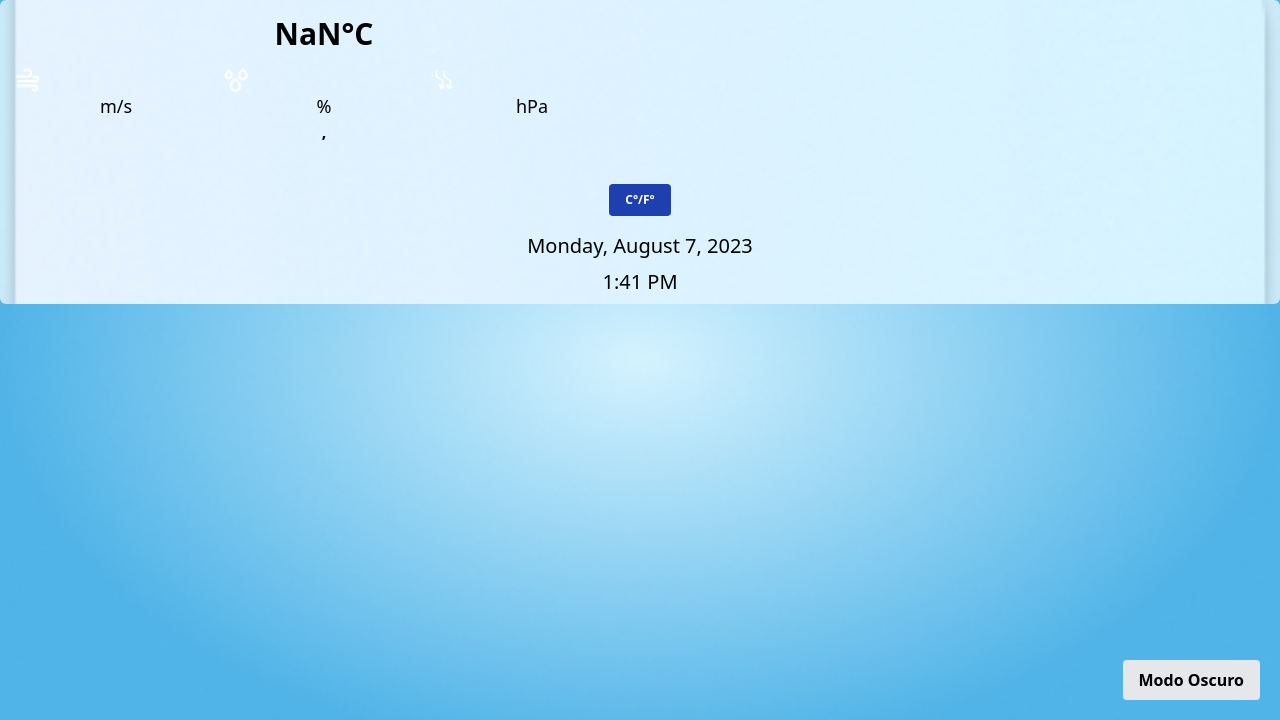
Repository: LukasMoyano/WeatherApp-_-LukasMoyano-_-V-_4.0_6.6.6
Page: /
The author's editor kept a copy of each file at every save. The page is drawn from the files as they stood at one save, then again after the next save.
The browser window is 1280 px wide. The pictures show the whole page.
The page's requests for data from a server got no answer. The project was rebuilt for these pictures with package versions that can differ from the ones it lists, and the page was loaded fresh each time. No one was signed in, and anything a server would have sent is missing. Also part of the build but not shown: vite.config.js.

Above is the page before, as saved 2023-08-07 16:48:29.

After the next save:
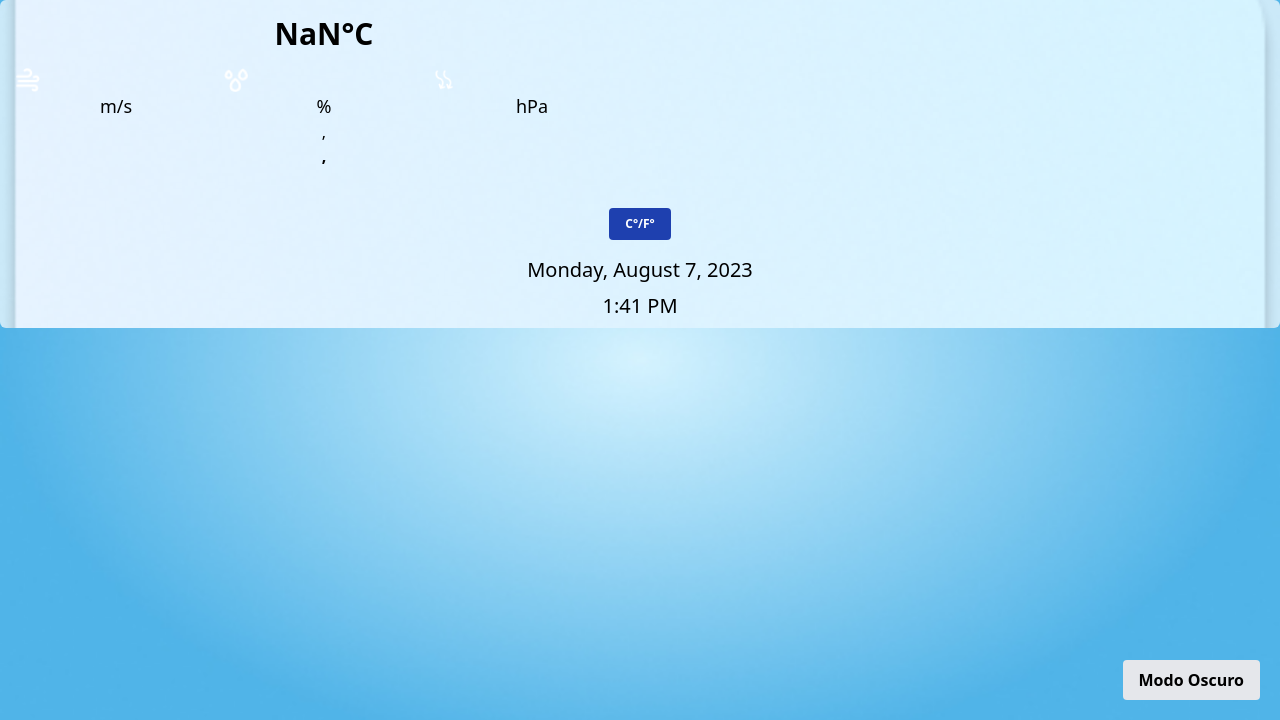
Saved 44 s later.
--- a/src/components/Weather.jsx
+++ b/src/components/Weather.jsx
@@ -72,10 +72,9 @@
               {weatherInfo?.main.pressure} hPa
             </div>
           </div>
-          {/* Nombre de la Ciudad */}
+          {/* Nombre de la Ciudad */},{/* País */}
           <h2 className="text-1xl font-bold mb-4">{weatherInfo?.name}, {weatherInfo?.sys?.country}</h2>
-          {/* País */}
-          <p className="text-xl mb-2"></p>
+
         </div>
 
         {/* Columna Derecha */}

After the save that followed:
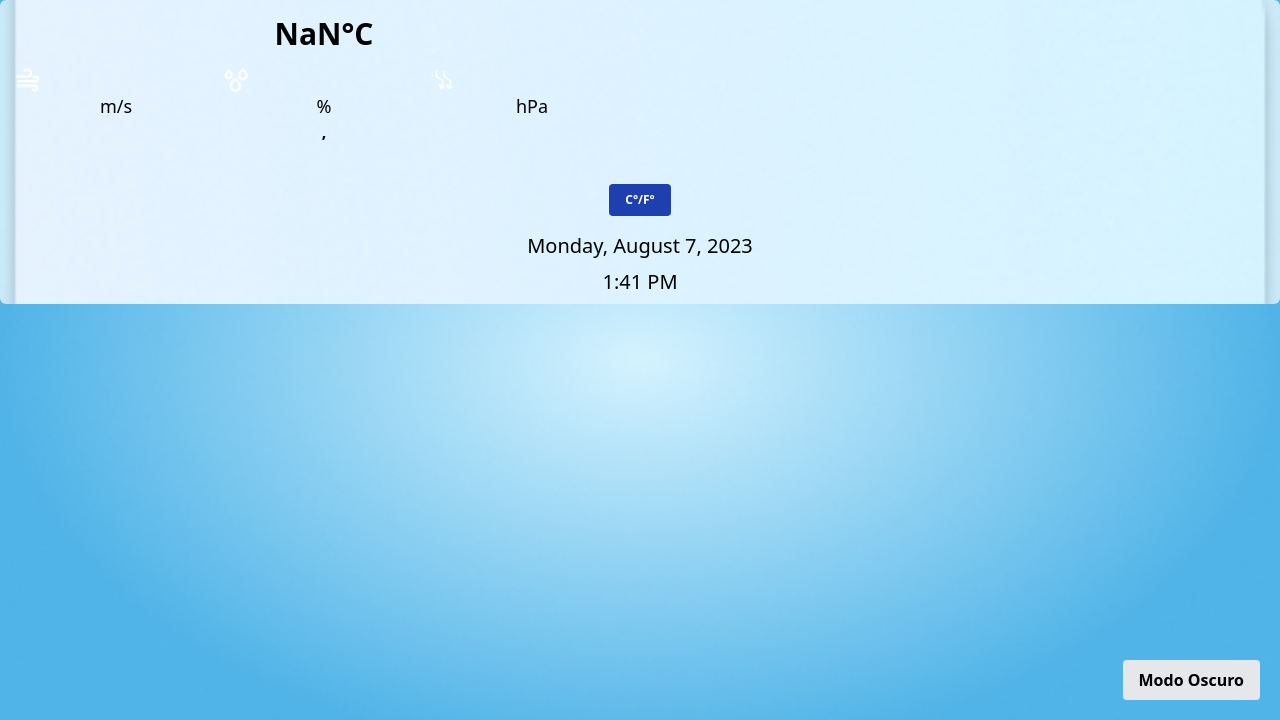
Saved 9 s later.
--- a/src/components/Weather.jsx
+++ b/src/components/Weather.jsx
@@ -72,7 +72,7 @@
               {weatherInfo?.main.pressure} hPa
             </div>
           </div>
-          {/* Nombre de la Ciudad */},{/* País */}
+          {/* Nombre de la Ciudad */}{/* País */}
           <h2 className="text-1xl font-bold mb-4">{weatherInfo?.name}, {weatherInfo?.sys?.country}</h2>
 
         </div>
